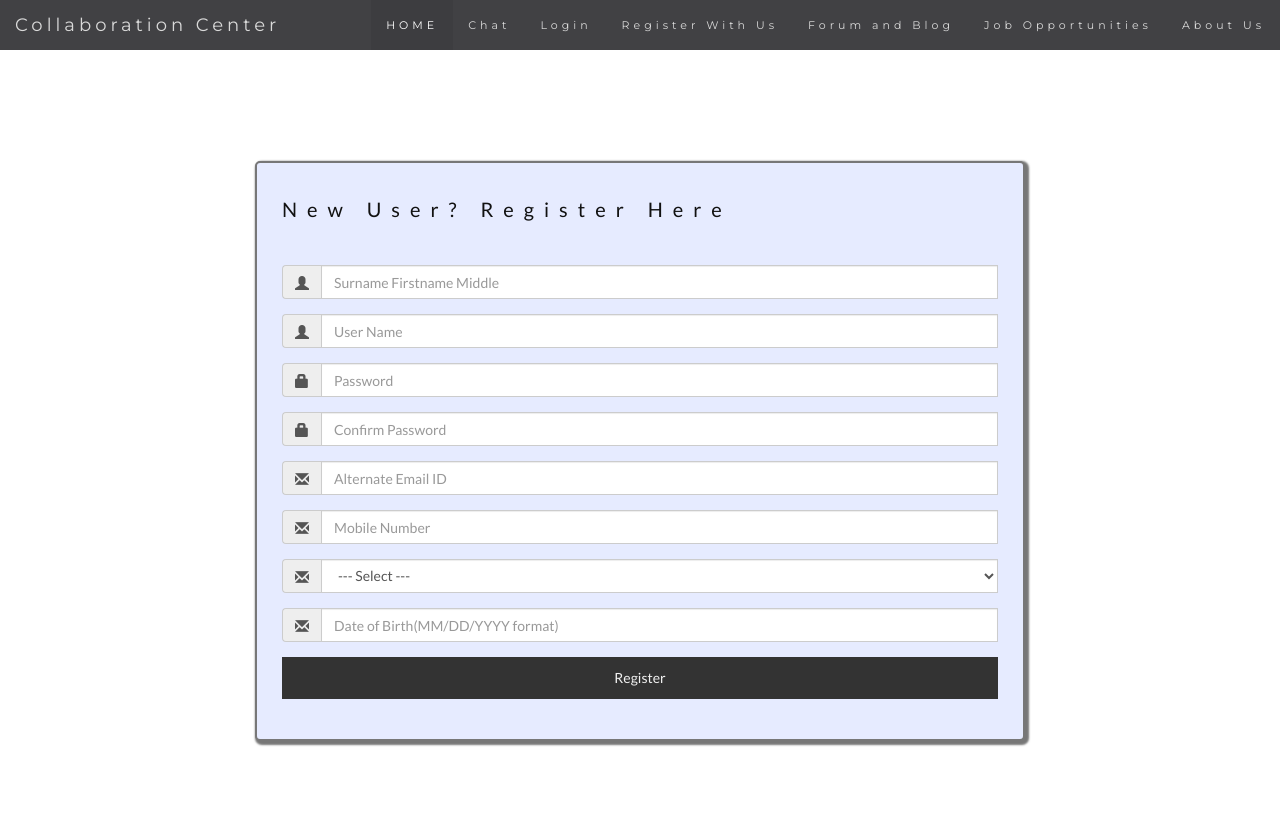
Repository: MokashiN/TestRepository
Page: http://localhost/MyChatApp/WEB-INF/views/Register.jsp
The author's editor kept a copy of each file at every save. The page is drawn from the files as they stood at one save, then again after the next save.
The browser window is 1280 px wide. The pictures show the whole page.
The page is served by Tomcat 9. Nobody is signed in. Other server files are loaded and not shown. The template is opened directly, without the code that normally fills it, so the values that code supplies are empty.

Above is the page before, as saved 2016-09-02 08:32:12.

### MyChatApp/src/main/webapp/WEB-INF/views/Register.jsp


<%@ page language="java" contentType="text/html; charset=ISO-8859-1"
    pageEncoding="ISO-8859-1"%>


<!DOCTYPE html PUBLIC "-//W3C//DTD HTML 4.01 Transitional//EN" "http://www.w3.org/TR/html4/loose.dtd">
<html>
<nav class="navbar navbar-default navbar-fixed-top">
  <div class="container-fluid">
    <div class="navbar-header">
      <button type="button" class="navbar-toggle" data-toggle="collapse" data-target="#myNavbar">
        <span class="icon-bar"></span>
        <span class="icon-bar"></span>
        <span class="icon-bar"></span>
      </button>
      <a class="navbar-brand" href="myPage">Collaboration Center</a>
    </div>
    <div class="collapse navbar-collapse" id="myNavbar">
      <ul class="nav navbar-nav navbar-right">
        <li><a href="#myPage">HOME</a></li>
        <li class="active"><a href="<y:url value='/Chat'/>"> Chat</a></li>
        <li class="active"><a href="<y:url value='/Login'/>"> Login</a></li>
        <li><a href="Register">Register With Us</a></li>
        <li><a href="other">Forum and Blog</a></li>
        <li><a href="other1">Job Opportunities</a></li>
        <li><a href="AboutUs">About Us</a></li>
      </ul>
    </div>
  </div>
</nav>
<head>
 <script>
  function myFunction() {
   var pass1 = document.getElementById("pass1").value;
   var pass2 = document.getElementById("pass2").value;
   document.write(pass1);
   alert(pass1);
   var ok = true;
   if (pass1 != pass2) {
       alert("Passwords Do not match");
       document.getElementById("pass1").style.borderColor = "#E34234";
       document.getElementById("pass2").style.borderColor = "#E34234";
       ok = false;
   }
   //else {
      // alert("Passwords Match!!!");
  // }
   return ok;
}

  </script>
  </head>
<body >
<%@include file="header.jsp" %>
<br><br>
 <div class="container">
  <div class="row">
    <div class="Absolute-Center is-Responsive">
      <div id="logo-container"></div>
      <div class="col-sm-12 col-md-10 col-md-offset-1">
      <br/>
      <div style="border:2px solid;padding:25px;border-radius:5px 5px 5px 5px;box-shadow:2px 2px 2px 2px;background-color:#e6ebff">
      <div class="form-group input-group">

            <center><h3>New User? Register Here</a></h3></center>
          </div>

        <form:form method="POST" action="saveUser" class="login-form" commandName="userData">
         <div class="form-group input-group">
            <span class="input-group-addon"><i class="glyphicon glyphicon-user"></i></span>
            <form:input class="form-control" type="text" path='fullname'  placeholder="Surname Firstname Middle"/>
            <form:errors path="fullname" cssStyle="color: #ff0000;"/>
          </div>
         <div class="form-group input-group">
            <span class="input-group-addon"><i class="glyphicon glyphicon-user"></i></span>
            <form:input class="form-control" type="text" path='uname'  placeholder="User Name"/>
            <form:errors path="uname" cssStyle="color: #ff0000;"/>
          </div>
          <div class="form-group input-group">
            <span class="input-group-addon"><i class="glyphicon glyphicon-lock"></i></span>
            <form:input class="form-control" id="pass1" type="password" path='password' placeholder="Password"/>
            <form:errors path="password" cssStyle="color: #ff0000;"/>
          </div>
          <div class="form-group input-group">
            <span class="input-group-addon"><i class="glyphicon glyphicon-lock"></i></span>
            <form:input class="form-control" id="pass2" type="password" path='rpassword' placeholder="Confirm Password"/>
            <form:errors path="rpassword" cssStyle="color: #ff0000;"/>
          </div>
          <div class="form-group input-group">
            <span class="input-group-addon"><i class="glyphicon glyphicon-envelope"></i></span>
            <form:input class="form-control" path='emailid' placeholder="Alternate Email ID"/>
            <form:errors path="emailid" cssStyle="color: #ff0000;"/>
          </div>
          <div class="form-group input-group">
            <span class="input-group-addon"><i class="glyphicon glyphicon-envelope"></i></span>
            <form:input class="form-control" path='phone' placeholder="Mobile Number"/>
            <form:errors path="phone" cssStyle="color: #ff0000;"/>
          </div>

          <div class="form-group input-group">
            <span class="input-group-addon"><i class="glyphicon glyphicon-envelope"></i></span>
            <select path="gender"  id="gender" name="gender" class="form-control">
			   <option value="select">--- Select ---</option>
			   <option value="Male">Male</option>
			   <option value="Female">Female</option>
			</select>
          </div>
          <div class="form-group input-group">
            <span class="input-group-addon"><i class="glyphicon glyphicon-envelope"></i></span>
            <form:input class="form-control" path='dob' placeholder="Date of Birth(MM/DD/YYYY format)"/>
            <form:errors path="dob" cssStyle="color: #ff0000;"/>
          </div>
          <div class="form-group">
            <button class="btn btn-def btn-block"  onClick="return myFunction()">Register</button>
          </div>
        </form:form>


      </div>
    </div>
  </div>
</div>
</div>


</body>
</html>

### MyChatApp/src/main/webapp/WEB-INF/views/header.jsp
<html lang="en">
<head>
<!-- Theme Made By www.w3schools.com - No Copyright -->
<title>Bootstrap Theme The Band</title>
<meta charset="utf-8">
<meta name="viewport" content="width=device-width, initial-scale=1">

<%@taglib uri="http://www.springframework.org/tags/form" prefix="form"%>



<link rel="stylesheet"
	href="http://maxcdn.bootstrapcdn.com/bootstrap/3.3.6/css/bootstrap.min.css">
<link href="http://fonts.googleapis.com/css?family=Lato"
	rel="stylesheet" type="text/css">
<link href="http://fonts.googleapis.com/css?family=Montserrat"
	rel="stylesheet" type="text/css">
<script
	src="https://ajax.googleapis.com/ajax/libs/jquery/1.12.2/jquery.min.js"></script>
<script
	src="http://maxcdn.bootstrapcdn.com/bootstrap/3.3.6/js/bootstrap.min.js"></script>
<style>
body {
	font: 400 15px/1.8 Lato, sans-serif;
	color: #777;
}

h3, h4 {
	margin: 10px 0 30px 0;
	letter-spacing: 10px;
	font-size: 20px;
	color: #111;
}

.container {
	padding: 80px 120px;
}

.person {
	border: 10px solid transparent;
	margin-bottom: 25px;
	width: 80%;
	height: 80%;
	opacity: 0.7;
}

.person:hover {
	border-color: #f1f1f1;
}

.carousel-inner img {
	-webkit-filter: grayscale(90%);
	filter: grayscale(90%); /* make all photos black and white */
	width: 100%; /* Set width to 100% */
	margin: auto;
}

.carousel-caption h3 {
	color: #fff !important;
}

@media ( max-width : 600px) {
	.carousel-caption {
		display: none;
		/* Hide the carousel text when the screen is less than 600 pixels wide */
	}
}

.bg-1 {
	background: #2d2d30;
	color: #bdbdbd;
}

.bg-1 h3 {
	color: #fff;
}

.bg-1 p {
	font-style: italic;
}

.list-group-item:first-child {
	border-top-right-radius: 0;
	border-top-left-radius: 0;
}

.list-group-item:last-child {
	border-bottom-right-radius: 0;
	border-bottom-left-radius: 0;
}

.thumbnail {
	padding: 0 0 15px 0;
	border: none;
	border-radius: 0;
}

.thumbnail p {
	margin-top: 15px;
	color: #555;
}

.btn {
	padding: 10px 20px;
	background-color: #333;
	color: #f1f1f1;
	border-radius: 0;
	transition: .2s;
}

.btn:hover, .btn:focus {
	border: 1px solid #333;
	background-color: #fff;
	color: #000;
}

.modal-header, h4, .close {
	background-color: #333;
	color: #fff !important;
	text-align: center;
	font-size: 30px;
}

.modal-header, .modal-body {
	padding: 40px 50px;
}

.nav-tabs li a {
	color: #777;
}

#googleMap {
	width: 100%;
	height: 400px;
	-webkit-filter: grayscale(100%);
	filter: grayscale(100%);
}

.navbar {
	font-family: Montserrat, sans-serif;
	margin-bottom: 0;
	background-color: #2d2d30;
	border: 0;
	font-size: 11px !important;
	letter-spacing: 4px;
	opacity: 0.9;
}

.navbar li a, .navbar .navbar-brand {
	color: #d5d5d5 !important;
}

.navbar-nav li a:hover {
	color: #fff !important;
}

.navbar-nav li.active a {
	color: #fff !important;
	background-color: #29292c !important;
}

.navbar-default .navbar-toggle {
	border-color: transparent;
}

.open .dropdown-toggle {
	color: #fff;
	background-color: #555 !important;
}

.dropdown-menu li a {
	color: #000 !important;
}

.dropdown-menu li a:hover {
	background-color: red !important;
}

footer {
	background-color: #2d2d30;
	color: #f5f5f5;
	padding: 32px;
}

footer a {
	color: #f5f5f5;
}

footer a:hover {
	color: #777;
	text-decoration: none;
}

.form-control {
	border-radius: 0;
}

textarea {
	resize: none;
}
</style>
</head>
<body id="myPage" data-spy="scroll" data-target=".navbar"
	data-offset="50">


</body>
</html>

After the next save:
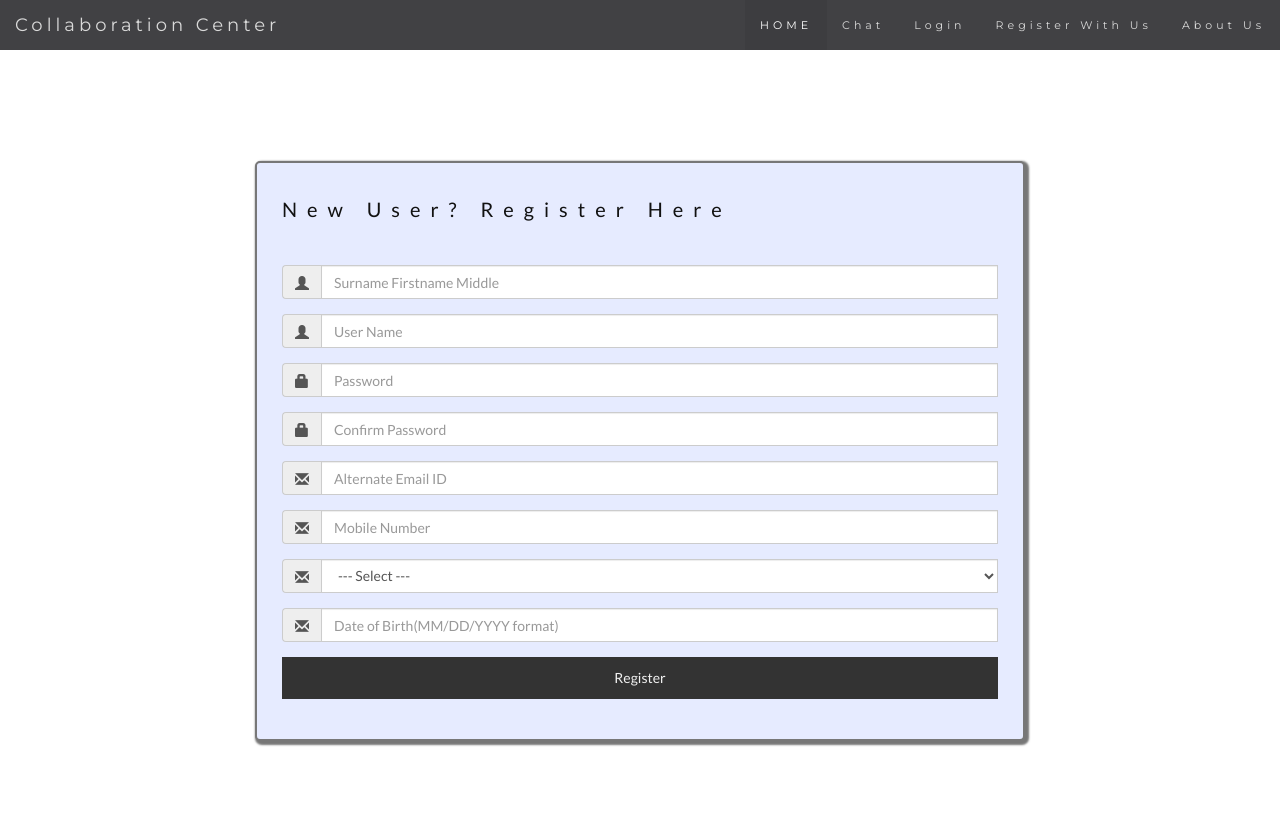
Saved 54 s later.
--- a/MyChatApp/src/main/webapp/WEB-INF/views/Register.jsp
+++ b/MyChatApp/src/main/webapp/WEB-INF/views/Register.jsp
@@ -22,8 +22,6 @@
         <li class="active"><a href="<y:url value='/Chat'/>"> Chat</a></li>
         <li class="active"><a href="<y:url value='/Login'/>"> Login</a></li>
         <li><a href="Register">Register With Us</a></li>
-        <li><a href="other">Forum and Blog</a></li>
-        <li><a href="other1">Job Opportunities</a></li>
         <li><a href="AboutUs">About Us</a></li>
       </ul>
     </div>
